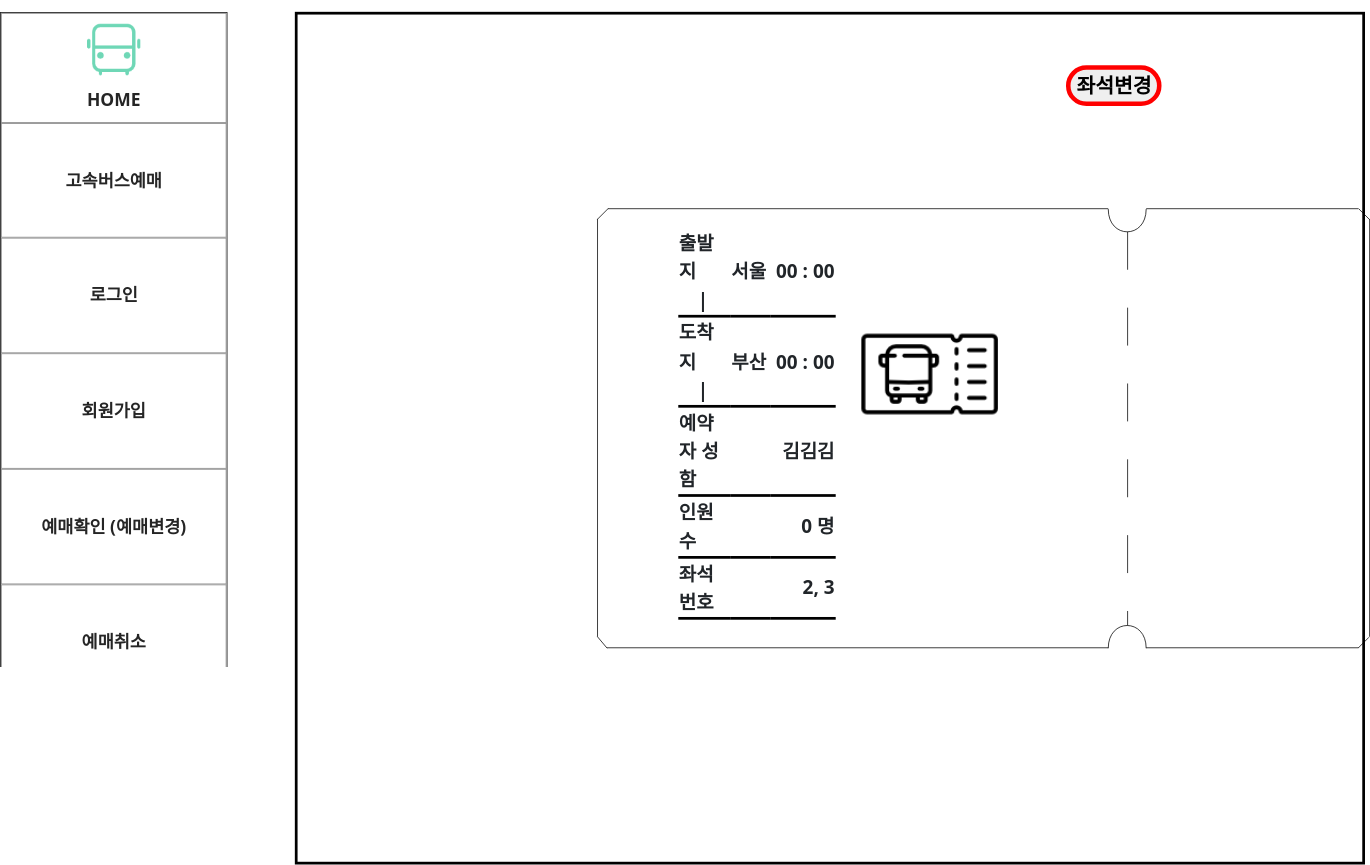
Repository: rudqhd79/spring_personal
Page: http://localhost/reservation/check
These files come from the project's save history. The page is drawn as it stood at one moment and after the next save; the edit follows.
The browser window is 1280 px wide. The page is 1505 px wide, then 1500 px, so the pictures cover 1505 px, including what lies to the right of the window. The pictures show the whole page, at 91% of full size.
The page is this project's Thymeleaf template; nobody is signed in. The template is opened directly, without the code that normally fills it, so the values that code supplies are empty.

Above is the page before, as saved 2023-02-03 07:14:18.

After the next save:
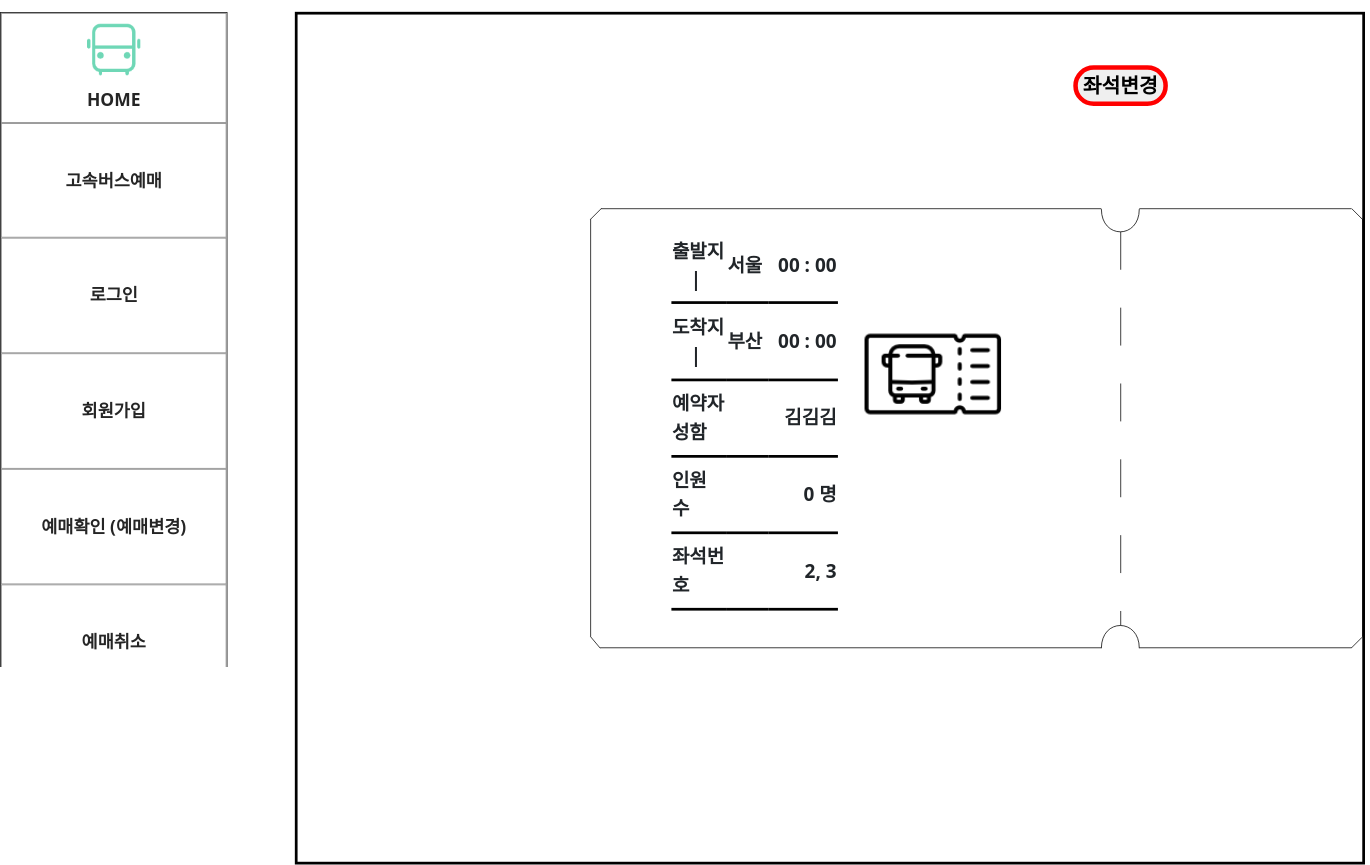
Saved 26 s later.
--- a/bus-reservation/src/main/resources/templates/reservation/check.html
+++ b/bus-reservation/src/main/resources/templates/reservation/check.html
@@ -42,12 +42,12 @@
 					<div class="check_child">
 						<table style="height: 420px; margin-top: 10px">
 							<tr class="check_tr_three">
-								<th class="check_th">출발지 &emsp;|</th>
+								<th class="check_th">출발지 &emsp;| &emsp;</th>
 								<th class="check_th">서울</th>
 								<th class="check_th">00 : 00</th>
 							</tr>
 							<tr class="check_tr_three">
-								<th class="check_th">도착지 &emsp;|</th>
+								<th class="check_th">도착지 &emsp;| &emsp;</th>
 								<th class="check_th">부산</th>
 								<th class="check_th">00 : 00</th>
 							</tr>
